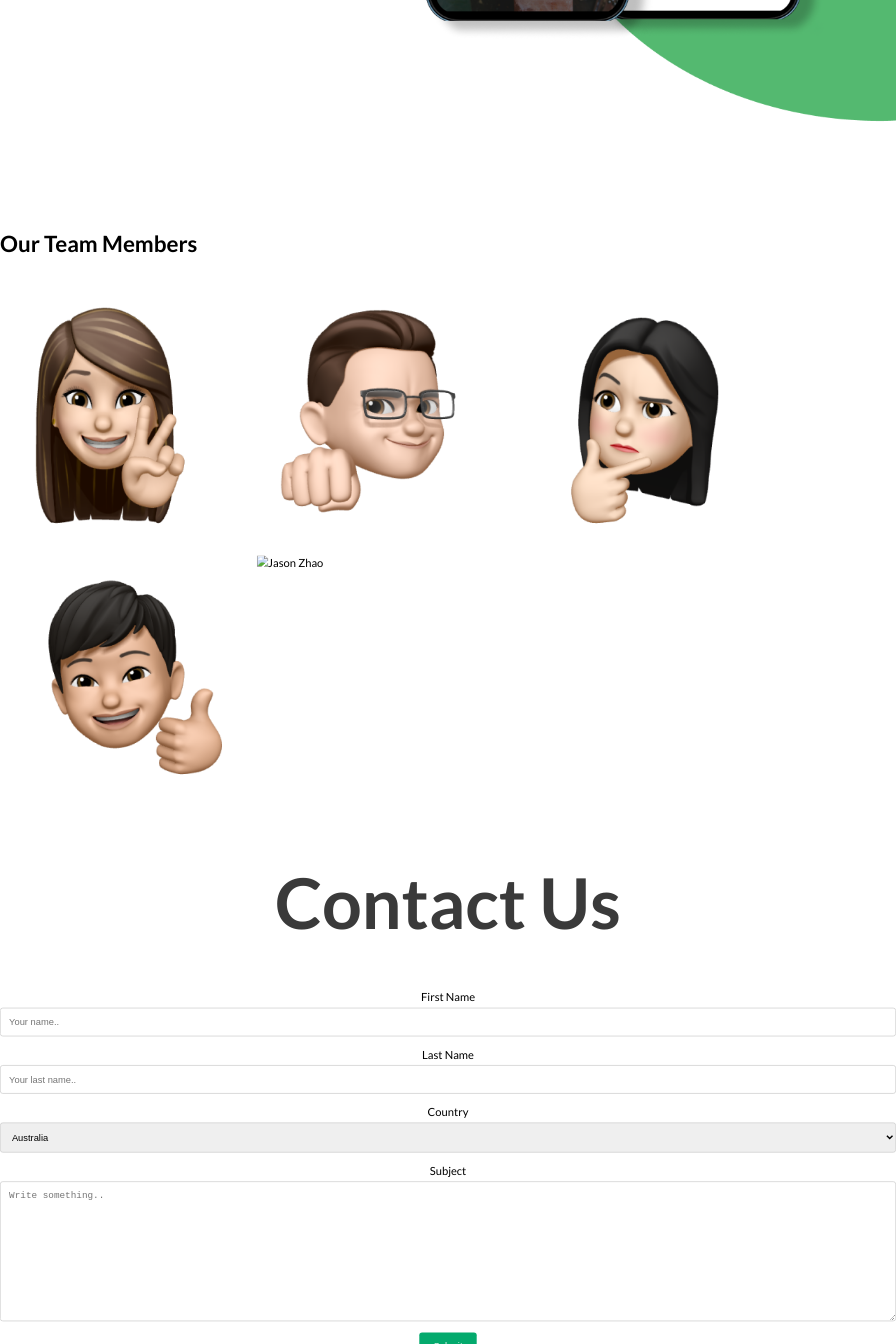
Repository: leahma1208/dinemaster
Page: index.html
An editor plug-in stored every save of this project. The page is shown before and after a run of saves, followed by the edit.
The browser window is 1280 px wide. The pictures show the part of the page from y = 3911 to 5831 px (the page is 5962 px tall), at 70% of full size.
A picture or video elsewhere on the page could not be fetched, so the positions and the page height are approximate.

Above is the page before, as saved 2021-05-07 12:26:10.

### index.html
<!DOCTYPE html>
<html lang="en">
<head>
    <meta charset="UTF-8">
    <meta http-equiv="X-UA-Compatible" content="IE=edge">
    <meta name="viewport" content="width=device-width, initial-scale=1.0">
    <link rel="stylesheet" href="style.css">
    <link rel="preconnect" href="https://fonts.gstatic.com">
<link href="https://fonts.googleapis.com/css2?family=Lato:ital,wght@0,300;0,400;0,700;0,900;1,400;1,700;1,900&display=swap" rel="stylesheet">
    <title>Dinemaster</title>
</head>
<body>
    <div class="holder">
    <div class="main-nav">
        <div class="logo"><img src="/img/Logo.svg" alt=""></div>
        <div class="nav">
            <a href="#feature">Features</a>
            <a href="#down">Download</a>
            <a href="#about">About us</a>
        </div>
    </div>
<!-- =========INTRO================= -->
    <div class="col intro">
        <div class="head-cont">
            <div class="head">Share, Post, Like &<br> Review Restaurants</div>
            <div class="text">Share your favourite restaurants visits with your friends and family! Keep track of your visits and rate other restaurants.</div>
        </div>

        <div class="vid">
            <iframe width="700" height="400" src="https://www.youtube.com/watch?v=QAF69FwPSKw" title="YouTube video player" frameborder="0" allow="accelerometer; autoplay; clipboard-write; encrypted-media; gyroscope; picture-in-picture" allowfullscreen></iframe>
        </div>

    </div>

<!-- =========PERSONAL ACCOUNTS================= -->
    <div class="col personal" id="feature">
        <div class="personal-img">
            <img src="/img/personal.svg" alt="personal">
        </div>

        <div class="per-cont">
            <div class="head">Personal Accounts</div>
            <div class="text ">Post your favourite meal and keep track of your previous visits! Recommend your favourite restaurants to your friends and family.</div>
        </div>
    </div>


    <!-- =========BUSINESS ACCOUNTS================= -->
    <div class="col business">

        <div class="per-cont">
            <div class="head">Business Accounts</div>
            <div class="text ">Are you a business owner? Advertise your business by posting your restaurant menus and daily specials. Also, receive customer feedbacks to improve and promote your business.</div>
        </div>

        <div class="business-img">
            <img src="/img/business.svg" alt="business">
        </div>
    </div>

    <!--================ DOWNLOAD APP============== -->
    <div class="download" id="down">
        <div class="down-cont">
            <div class="bighead">Download App</div>
            <div class="text">Install the app today to share your favourite restaurants with your friends and family!</div>
        </div>
        <div class="down-img">
            <img src="/img/download.svg" alt="download">
        </div>
        <div class="down-buttons">
            <img src="/img/app store.svg" alt="app store">
            <img src="/img/google play.svg" alt="playstore">
        </div>
    </div>

     <!-- =========ABOUT US================= -->
        <div class="col aboutus" id="about">

            <div class="per-cont">
                <div class="head">About Us</div>
                <h2 class="dine">Dinemaster</h2>
                <div class="text ">Dinemaster allows users to share their personal experience with a restaurant that they have visited. With this app many restaurants can use this platform to advertise for their business and connect with their customers.</div>
            </div>

            <div class="business-img">
                <img src="/img/Aboutus.png" alt="aboutus">
            </div>
        </div>

<!-- =========Team Members================= -->
        <div>
            <h1>Our Team Members</h1>
            <div class="img1">
                <img src="/img/image 4.png" alt="Maria Monay">
                <img src="/img/image 5.png" alt="Lance Bulseco">
                <img src="/img/39f8df7f1b6dbd378f3a219a0ab0f1ef-sticker 1.png" alt="Leah Ma">
            </div>
            <div class="img2">
                <img src="/img/2f48eec3970b26064700bd96f6fee4a5-sticker 1.png" alt="Justin Tsen">
                <img src="" alt="Jason Zhao">
            </div>
        </div>

<!-- =========Contact Us================= -->
        <div>
            <h1 class="Contact">Contact Us</h1>
            <form action="/action_page.php" class="submit">
                <label for="fname">First Name</label>
                <input type="text" id="fname" name="firstname" placeholder="Your name..">

                <label for="lname">Last Name</label>
                <input type="text" id="lname" name="lastname" placeholder="Your last name..">

                <label for="country">Country</label>
                <select id="country" name="country">
                  <option value="australia">Australia</option>
                  <option value="canada">Canada</option>
                  <option value="usa">USA</option>
                </select>

                <label for="subject">Subject</label>
                <textarea id="subject" name="subject" placeholder="Write something.." style="height:200px"></textarea>

                <input type="submit" value="Submit" >
              </form>
        </div>
<br>
<br>
<br>
<!-- =========Copy Right================= -->
<div class="copyright">
    <p>©2021 Dinemaster | BCIT Educational Project</p>
</div>
</div>
</body>
</html>

### style.css
body ,
html {
  margin: 0;
}

.holder {
  font-family: "Lato", sans-serif;
}

/* ===============NAV BAR============ */
.main-nav {
  display: flex;
  padding-top: 50px;
  justify-content: space-between;
  max-width: 90vw;
  margin: auto;
}

.logo > img {
  width: 350px;
}

.nav {
  display: flex;
  justify-content: space-between;
  min-width: 650px;
}

.nav > a {
  text-decoration: none;
  color: #222222;
  font-size: 30px;
}

a:hover {
  color: #727272;
}
/* ===========FIRST COL=================== */

.col {
  display: flex;
}

.intro {
  max-width: 90vw;
  margin: auto;
  margin-top: 300px;
  justify-content: space-between;
}

.head {
  font-size: 60px;
  color: #3a3a3a;
  font-weight: 400;
}
.text {
  font-size: 30px;
  line-height: 40px;
  color: #444444;
  margin-top: 30px;
  font-weight: 300;
  max-width: 700px;
}

.vid {
  margin-left: 100px;
}

/* ========PERSONAL============== */
.personal {
  margin-top: 150px;
  justify-content: space-between;
}

.personal-img {
  margin-right: 100px;
}

.per-cont {
  margin: auto;
  padding: 60px;
}

/* ========BUSINESS============== */
.business {
  margin-top: 100px;
  justify-content: space-between;
}

/* ======DOWNLOAD============= */

.download {
  max-width: 90vw;
  margin: auto;
  display: flex;
  flex-direction: column;
  justify-content: center;
  align-items: center;
}

.down-cont {
  margin-top: 250px;
  text-align: center;
}

.bighead {
  font-size: 100px;
  font-weight: 700;
  color: #3a3a3a;
}

.down-img {
  margin-top: 100px;
  margin-bottom: 100px;
}

.down-buttons {
  display: flex;
  justify-content: space-around;
}

.down-buttons > img {
  padding: 10px;
}

/* ======ABOUTUS============= */
.dine{
font-size: 40px;
}
/* ======ABOUTUS============= */
.img1{
  display: flex;
  flex-direction: row;
  padding: 10px;
}

.img2{
  display: flex;
  flex-direction: row;
  padding: 10px;
}




/*==========Contact==============*/


input[type=text], select, textarea {
  width: 100%;
  padding: 12px;
  border: 1px solid #ccc;
  border-radius: 4px;
  box-sizing: border-box;
  margin-top: 6px;
  margin-bottom: 16px;
  resize: vertical;
}

input[type=submit] {
  background-color: #04AA6D;
  color: white;
  padding: 12px 20px;
  border: none;
  border-radius: 4px;
  cursor: pointer;
}

input[type=submit]:hover {
  background-color: #45a049;
}

.container {
  border-radius: 5px;
  background-color: #f2f2f2;
  padding: 20px;
}

.Contact{
  display: flex;
  justify-content: center;
  font-size: 100px;
  font-weight: 700;
  color: #3a3a3a;
}

.submit{
  display: flex;
  justify-content: center;
  align-items: center;
  flex-direction: column;
}
/*========Copy========*/

.copyright{
  display: flex;
  align-items: center;
  justify-content: center;
  font-weight:200px;
}

After the next 2 saves:
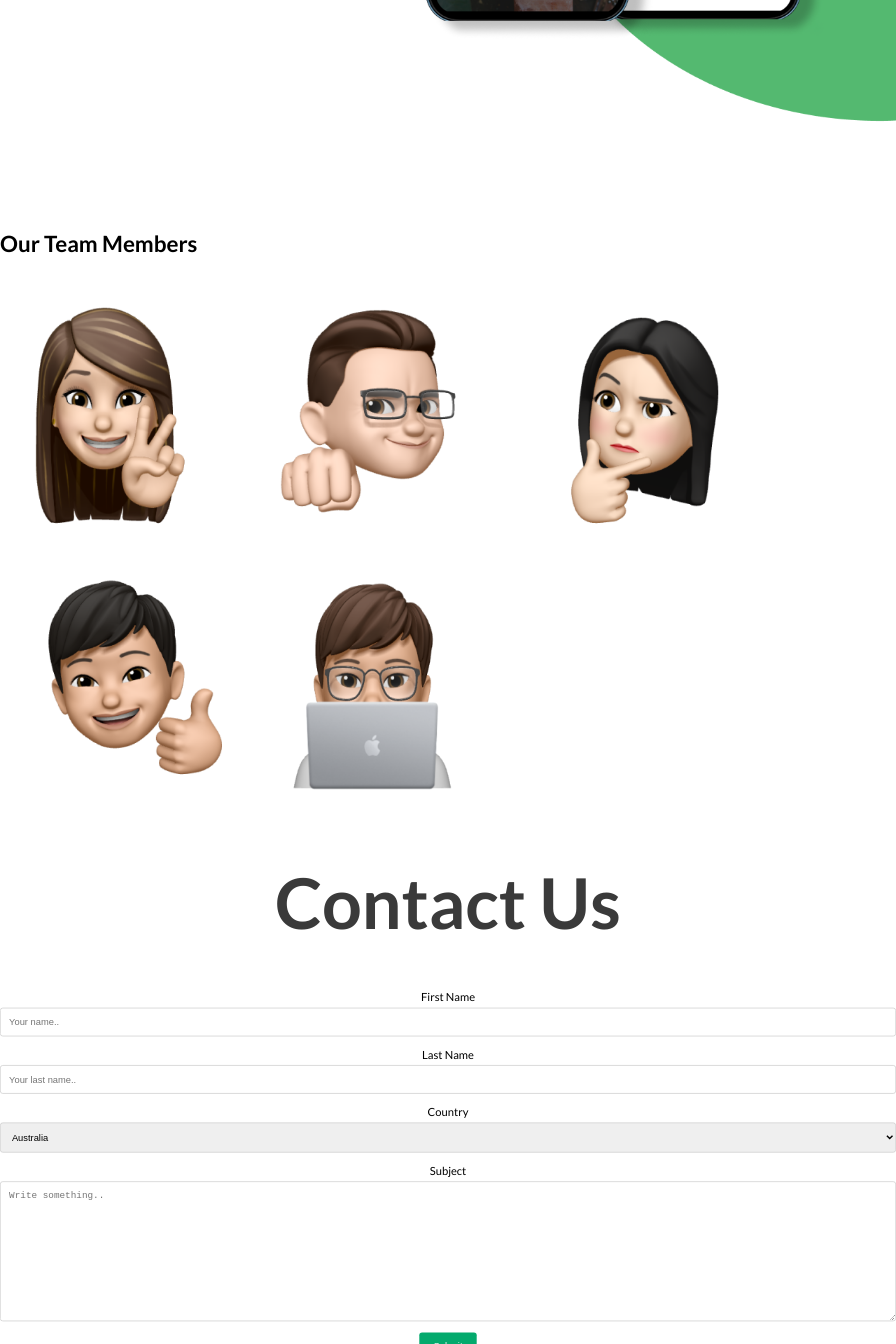
The 2 saves are shown as one change because they came seconds apart.
The last was saved 7 s later.
--- a/index.html
+++ b/index.html
@@ -97,7 +97,7 @@
             </div>
             <div class="img2">
                 <img src="/img/2f48eec3970b26064700bd96f6fee4a5-sticker 1.png" alt="Justin Tsen">
-                <img src="" alt="Jason Zhao">
+                <img src="/img/4bc877a33df24f9d52337a4e7bfaca46-sticker 1.png" alt="Jason Zhao">
             </div>
         </div>
 
